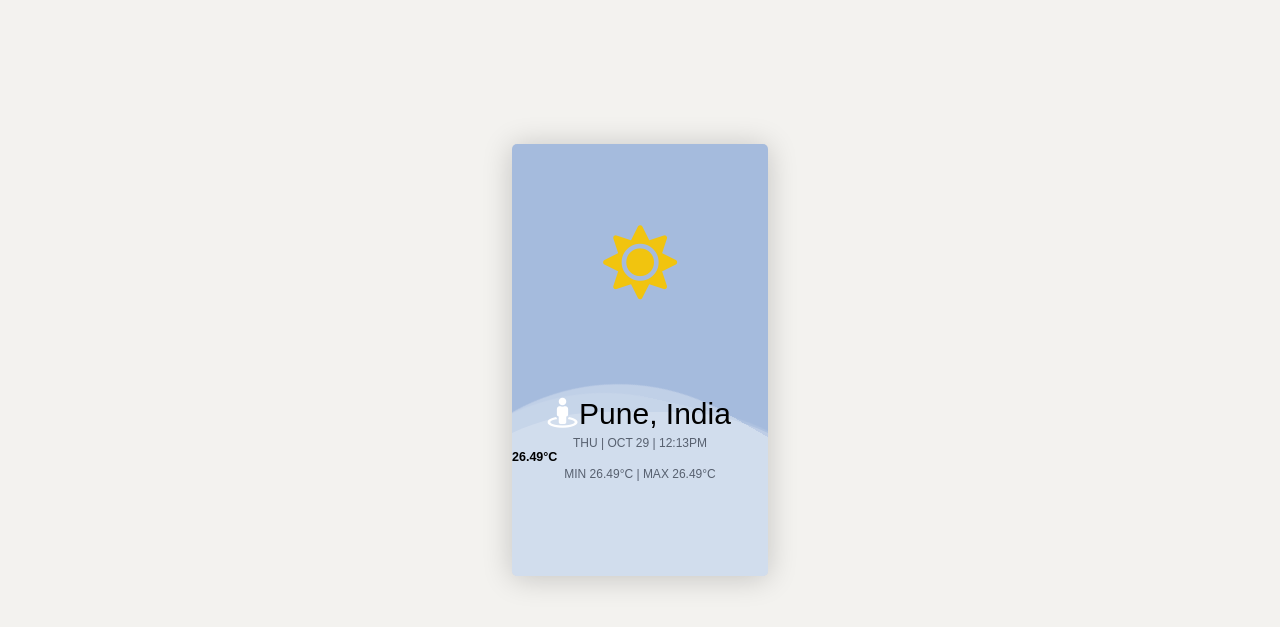
Repository: AalokJadhav/Weather_Website
Page: home.html
The author's editor kept a copy of each file at every save. The page is drawn from the files as they stood at one save, then again after the next save.
The browser window is 1280 px wide. The pictures show the whole page.
Some web libraries are served in a nearby version.

Above is the page before, as saved 2020-10-29 13:09:26.

After the next save:
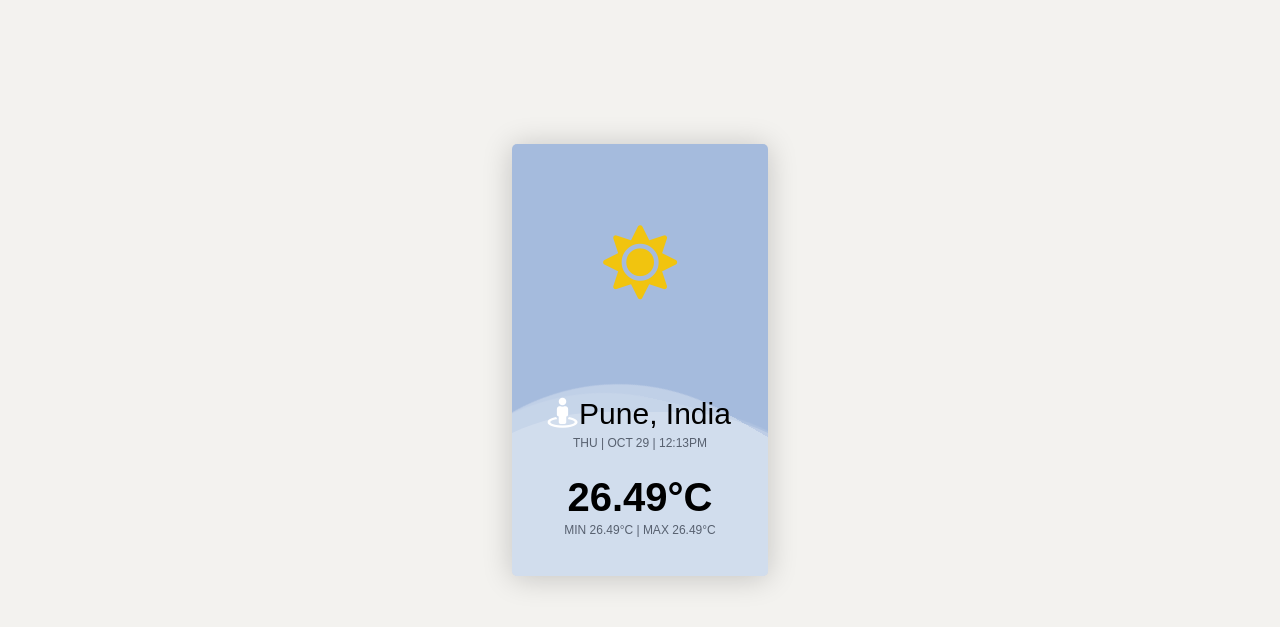
Saved 49 s later.
--- a/home.html
+++ b/home.html
@@ -214,7 +214,7 @@
         <div class="info">
             <h2 class="location"><i class="fas fa-street-view" style="color: #fff"></i>Pune, India</h2>
             <p id="date">THU | OCT 29 | 12:13PM</p>
-            <h1 id="temp">26.49°C</h1>
+            <h1 class="temp">26.49°C</h1>
             <h3 class="tempmin_max">MIN 26.49°C | MAX 26.49°C</h3>
         </div>
     </div>
